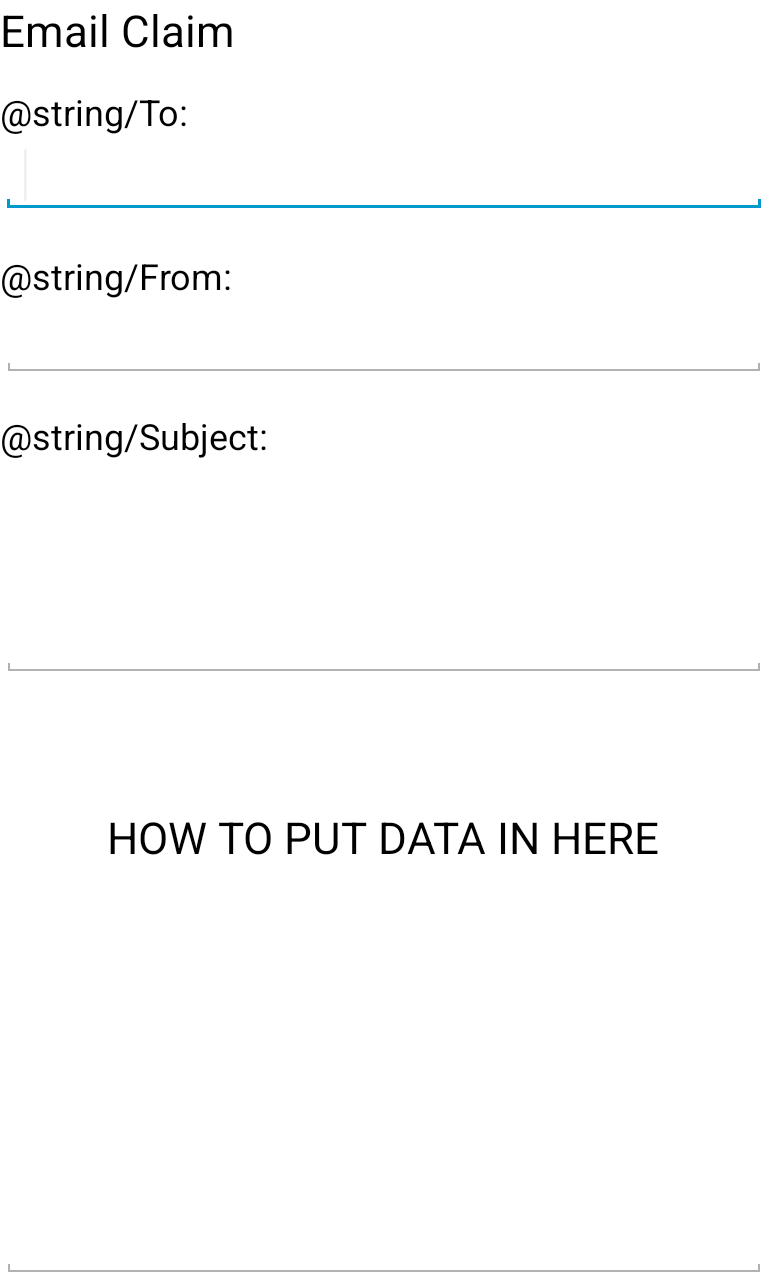
Repository: ReverseOni/Assignment1
Layout: MamesserAssign1/res/layout/email_claim.xml
An editor plug-in stored every save of this project. The layout is shown before and after the next save, followed by the edit.
It is drawn on a 768 x 1280 px phone screen (xhdpi) without system bars, with theme AppTheme; the app's code is not run. The app's manifest (not shown) leaves right-to-left support off. So textAlignment, textDirection and layoutDirection are ignored, and left and right values win over start and end ones.

Above is the layout before, as saved 2015-01-29 22:48:54.

After the next save:
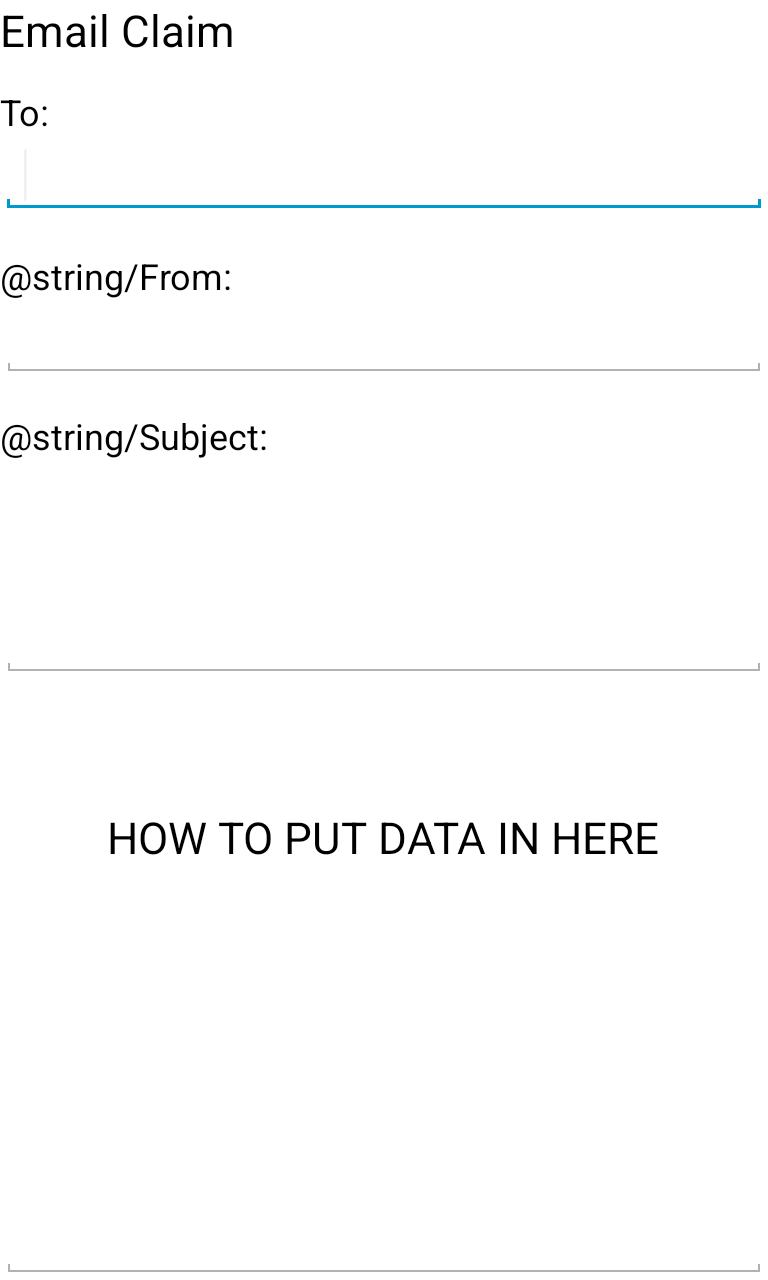
Saved 7 s later.
--- a/MamesserAssign1/res/layout/email_claim.xml
+++ b/MamesserAssign1/res/layout/email_claim.xml
@@ -22,7 +22,7 @@
         android:layout_alignParentStart="true"
         android:layout_below="@+id/EmailTitle"
         android:layout_marginTop="14dp"
-        android:text="@string/To:"
+        android:text="To:"
         android:textAppearance="?android:attr/textAppearanceMedium" />
 
     <EditText
